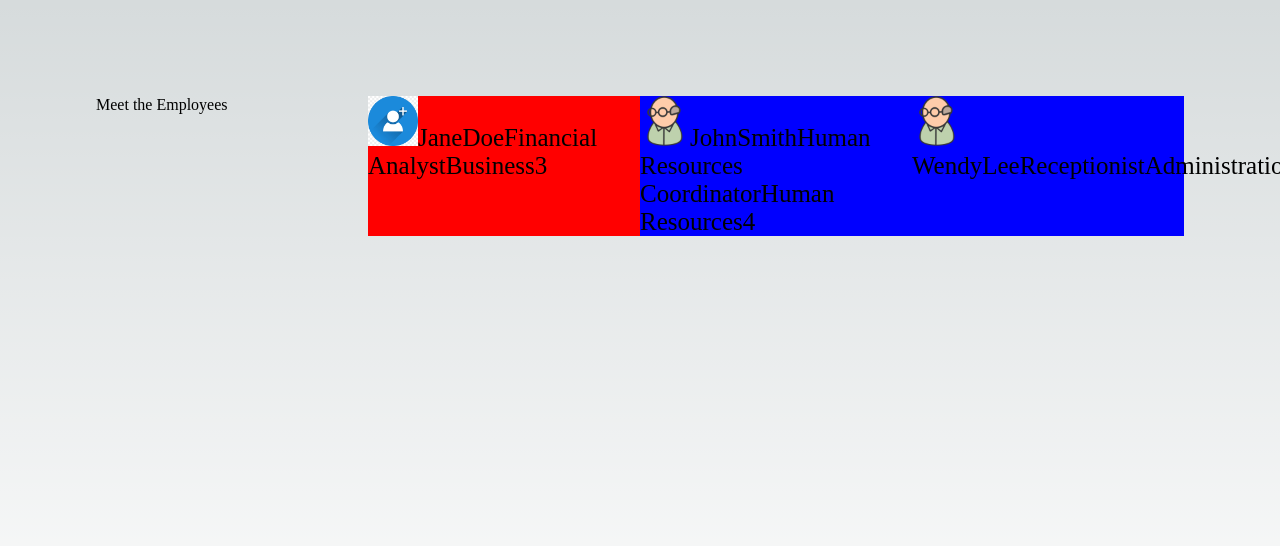
Repository: cheungglenda/MDIA2109-Week3
Page: /about
The author's editor kept a copy of each file at every save. The page is drawn from the files as they stood at one save, then again after a run of saves.
The browser window is 1280 px wide. The pictures show the whole page.
The project was rebuilt for these pictures with package versions that can differ from the ones it lists, and the page was loaded fresh each time. The framework's server and built-in components were replaced by stand-ins that run in the browser. Also part of the build but not shown: next.config.js.

Above is the page before, as saved 2023-01-19 17:25:00.

After the next 3 saves:
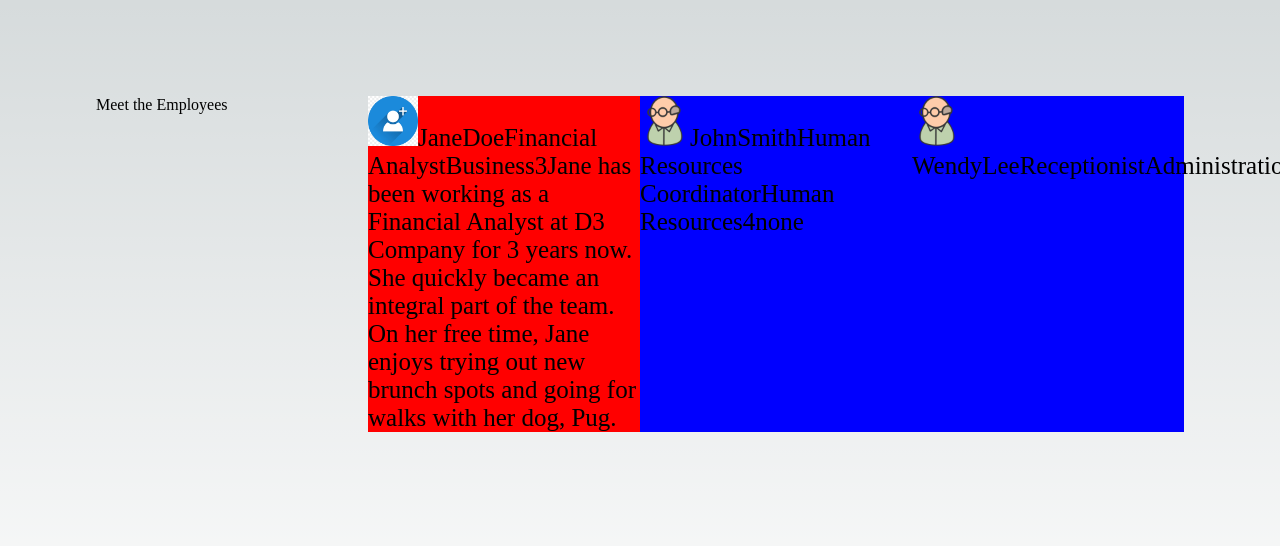
The 3 saves are shown as one change because 2 did not build or start.
The last was saved 33 s later.
--- a/pages/about.js
+++ b/pages/about.js
@@ -32,6 +32,7 @@ export default function About() {
               jobtitle={info.jobTitle}
               department={info.department}
               yearsworked={info.yearsWorked}
+              description={info.description}
               color="red" font="25px"/>
             )
           }
--- a/components/EmployeeCard/index.js
+++ b/components/EmployeeCard/index.js
@@ -4,6 +4,7 @@ export default function EmployeeCard({
     department = "none",
     jobtitle = "none",
     yearsworked = 0,
+    description = "none",
     color = "pink",
     font = "O",
     image = "icon/personTwo.png"
@@ -20,6 +21,7 @@ export default function EmployeeCard({
             {jobtitle}
             {department}
             {yearsworked}
+            {description}
         </div>
     )
 }
